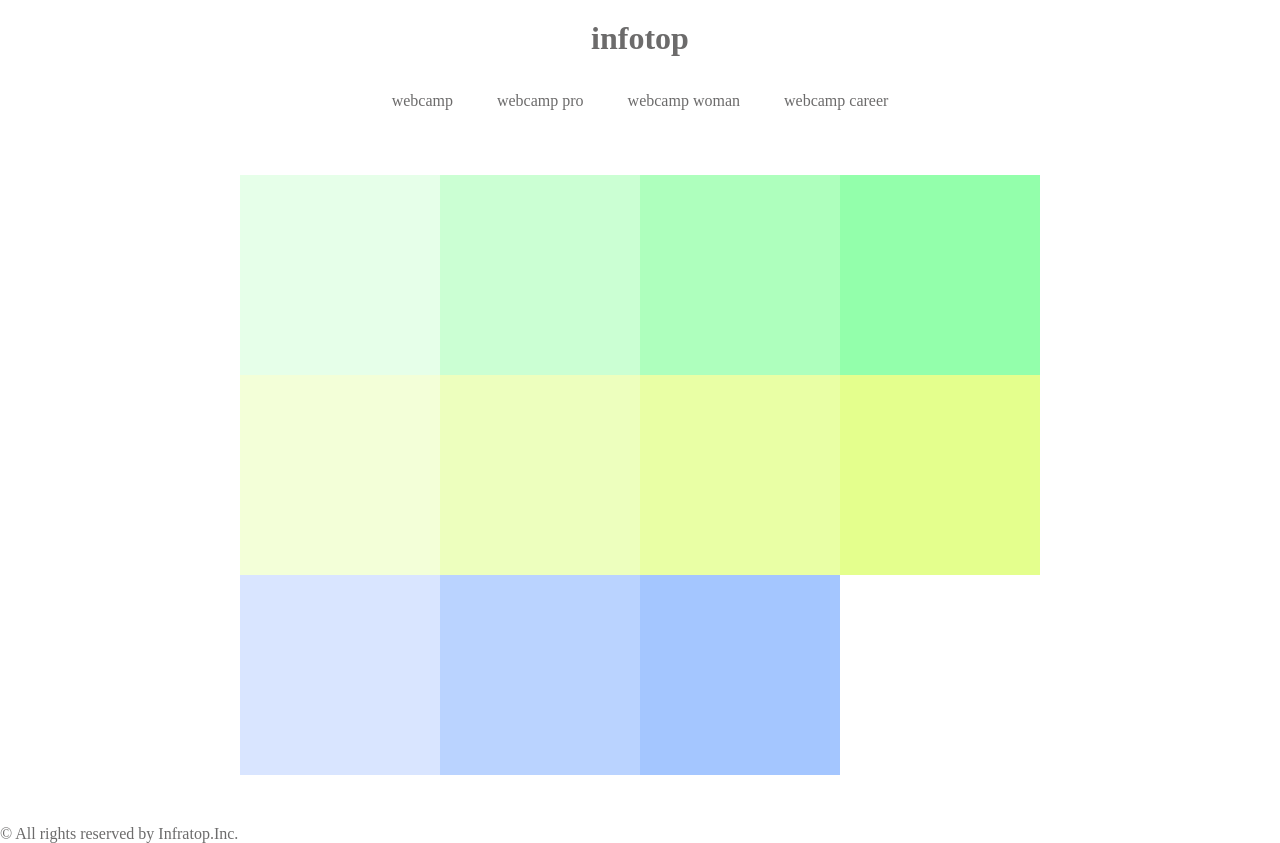
Repository: decknoboh/exercise1-8
Page: exercise1-5/index.html
The author's editor kept a record of every edit. The page is drawn from the files as they stood at one moment, then again after the next edit.
The browser window is 1280 px wide. The pictures show the whole page.

Above is the page before.

After the next edit:
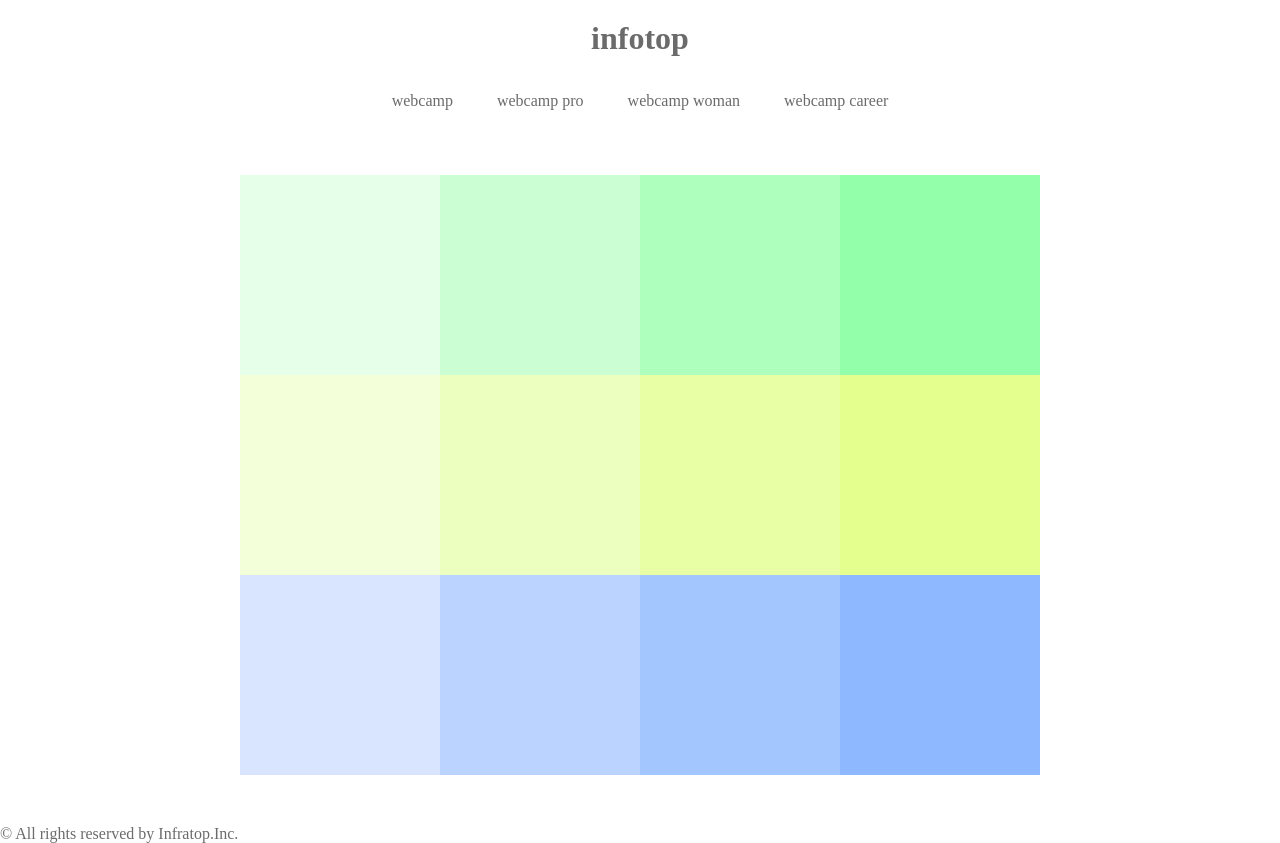
The edit:
--- a/exercise1-5/style.css
+++ b/exercise1-5/style.css
@@ -103,5 +103,5 @@
 .box12{
   width: 200px;
   height: 200px;
-  background-color:
+  background-color: #8eb8ff;
 }
